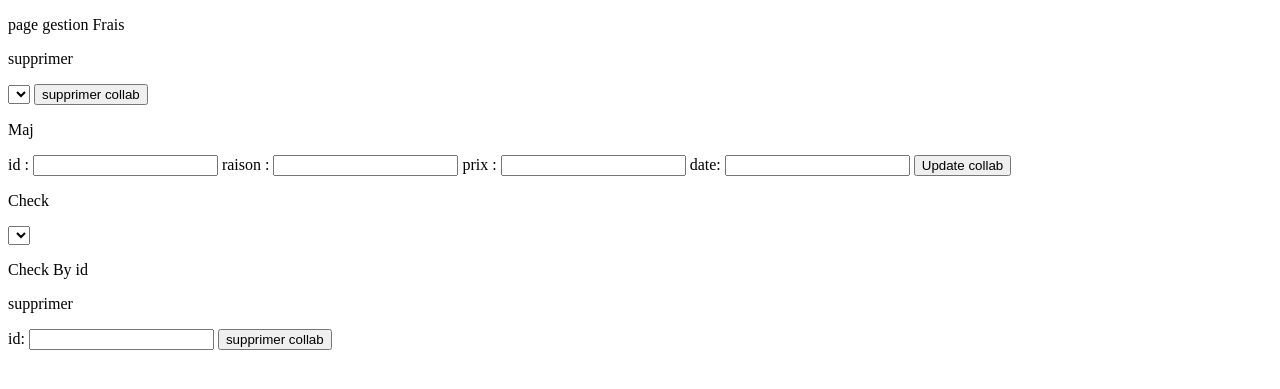
Repository: Shakibaei-2020/CRA_JEE_FINAL
Page: http://localhost/jee_crainfocom/ControleAdminGestionFrais
The author's editor kept a copy of each file at every save. The page is drawn from the files as they stood at one save, then again after the next save.
The browser window is 1280 px wide. The pictures show the whole page.
The page is served by Tomcat 9. Other server files are loaded and not shown. Queries for data that is not in the repository find no rows.

Above is the page before, as saved 2021-04-08 09:48:27.

### CRA_JEE_FINAL/jee_crainfocom/src/main/webapp/WEB-INF/PageAdminGestionFrais.jsp
<%@ page pageEncoding="UTF-8" %>
<%@ taglib uri="http://java.sun.com/jsp/jstl/core" prefix="c" %>
<!DOCTYPE html>
<html>
<head>
<meta charset="ISO-8859-1">
<title>Insert title here</title>
</head>
<body>
<p>page gestion Frais</p>

<!-- ************************************************************************ -->

<p>supprimer</p>
<form method="post" action=ControleAdminGestionFrais>
	<select name="saisiRaison" id="saisiRaison" >
     	<c:forEach items="${ tabRaisonFrais }" var="tabRaisonFrais" varStatus="status">
        <p><option><c:out  value="${tabRaisonFrais}"></option></c:out ></p>
		</c:forEach>
	</select>
<input type="submit" value="supprimer collab"/>
</form>

<!-- ************************************************************************ -->

<p>Maj</p>
 <form method="post" action="ControleInterneGestionFrais">

            <label for="idUp">id : </label>
            <input type="text" name="idUp" id="idUp" />

            <label for="raisonUp">raison : </label>
            <input type="text" name="raisonUp" id="raisonUp" />

            <label for="prixUp">prix : </label>
            <input type="text" name="prixUp" id="prixUp" />

            <label for="dateUp">date: </label>
            <input type="text" name="dateUp" id="dateUp" />

            <input type="submit" value="Update collab" />
</form>
<!-- ************************************************************************ -->

<p>Check</p>

		<select>
     	<c:forEach   items="${ tabNoteDeFrais }" var="tabCollab" varStatus="status">
        <p> <option method="get" action="ControleAdminGestionCollab"  ><c:out value="${tabNoteDeFrais}"></option></c:out ></p>
		</c:forEach>
		</select>

</body>
<!-- ************************************************************************ -->

<p>Check By id</p>

	<p>supprimer</p>
<form method="post" action=ControleAdminGestionFrais>
<label for="dateUp">id: </label>
<input type="text" name="dateUp" id="dateUp" />

<input type="submit" value="supprimer collab"/>
</form>


</body>
</html>

### CRA_JEE_FINAL/jee_crainfocom/src/main/java/com/infocom/controller/Collaborateur/ControleAdminGestionFrais.java
package com.infocom.controller.Collaborateur;
import java.io.IOException;
import java.sql.SQLException;
import java.text.ParseException;
import java.text.SimpleDateFormat;
import java.util.ArrayList;
import java.sql.Date;
import java.util.List;
import javax.servlet.ServletException;
import javax.servlet.annotation.WebServlet;
import javax.servlet.http.HttpServlet;
import javax.servlet.http.HttpServletRequest;
import javax.servlet.http.HttpServletResponse;
import com.infocom.model.NoteDeFrais;
import com.infocom.model.DAO.NoteDeFraisDAO;


@WebServlet("/ControleAdminGestionFrais")
public class ControleAdminGestionFrais extends HttpServlet {
	private static final long serialVersionUID = 1L;


    public ControleAdminGestionFrais() {
        super();
    }


	protected void doGet(HttpServletRequest request, HttpServletResponse response) throws ServletException, IOException {

		NoteDeFraisDAO notedefraisDAO = new NoteDeFraisDAO();
		List<NoteDeFrais> tabNoteDeFrais = new ArrayList();

		try {
			tabNoteDeFrais = notedefraisDAO.selectAllFrais();
		} catch (SQLException e) {
		e.printStackTrace();
		}

		request.setAttribute("tabNoteDeFrais",tabNoteDeFrais);
		ArrayList<String> tabRaisonFrais = new ArrayList<String>();
		for (int i = 0; i < tabNoteDeFrais.size(); i++) {
			tabRaisonFrais.add(tabNoteDeFrais.get(i).getRaison());
		}
		request.setAttribute("tabRaisonFrais",tabRaisonFrais);


        this.getServletContext().getRequestDispatcher("/WEB-INF/PageAdminGestionFrais.jsp").forward(request, response);
	}


	protected void doPost(HttpServletRequest request, HttpServletResponse response) throws ServletException, IOException {

		String buttonClicked = request.getParameter("button_clicked");


		if(buttonClicked != null) {
		switch(buttonClicked) {
		case"supprimerFrais":

			String saisiRaison = request.getParameter("saisiRaison");
			request.setAttribute("saisiRaison",saisiRaison);

	         NoteDeFraisDAO noteDeFraisDAO = new NoteDeFraisDAO();

	        try {
	        	noteDeFraisDAO.deleteFrais(saisiRaison);
				this.doGet(request, response);
				return;

			} catch (SQLException e) {
				e.printStackTrace();
			}
	        break;

		case"updateFrais":


	        String idUp = request.getParameter("idUp");
	        int idUpParsed = Integer.parseInt(idUp);

			String raisonUp =request.getParameter("raisonUp");

	        String prixUp = request.getParameter("prixUp");
	        Double prixUpParsed = Double.parseDouble(prixUp);

	        String dateUp = request.getParameter("dateUp");
		        Date date=Date.valueOf(dateUp);
			     NoteDeFrais notedefrais = new NoteDeFrais(idUpParsed,raisonUp,prixUpParsed,date, 2);
			     NoteDeFraisDAO notedefraisDAO = new NoteDeFraisDAO();
			try {
				notedefraisDAO.updateFrais(notedefrais);
			} catch (SQLException e1) {
				e1.printStackTrace();
			}
			break;

		case"showFrais":
	        String idSho = request.getParameter("idSho");
	        int idShoInt = Integer.parseInt(idSho);


			NoteDeFraisDAO notedefraisDAOAffiche = new NoteDeFraisDAO();
			List < NoteDeFrais > tabNot = new ArrayList <NoteDeFrais>();


			try {
				tabNot = notedefraisDAOAffiche.selectFraisCollab(idShoInt);
			} catch (SQLException e) {
			e.printStackTrace();
			}
			request.setAttribute("tabNot",tabNot);
			break;
		}



		}

    	this.doGet(request, response);

        this.getServletContext().getRequestDispatcher("/WEB-INF/PageAdminGestionFrais.jsp").forward(request, response);

	}

}

### CRA_JEE_FINAL/jee_crainfocom/src/main/java/com/infocom/model/DAO/NoteDeFraisDAO.java
package com.infocom.model.DAO;

import java.sql.Connection;
import java.sql.Date;
import java.sql.PreparedStatement;
import java.sql.ResultSet;
import java.sql.SQLException;
import java.util.ArrayList;
import java.util.List;

import com.infocom.model.Collaborateur;
import com.infocom.model.NoteDeFrais;
import com.infocom.model.util.DBUtil;

public class NoteDeFraisDAO {




	private  final String SELECT_FRAIS_BY_IDD = "SELECT nf.raison,nf.prix,nf.date FROM notedefrais nf INNER JOIN collaborateur cl ON nf.idColl = cl.id WHERE cl.id = ?;";

	public List < NoteDeFrais > selectFraisCollab(int idColl) throws SQLException{

        List < NoteDeFrais > NoteDeFrais = new ArrayList <NoteDeFrais> ();
        PreparedStatement preparedStatement = null;
      Connection connection = DBUtil.getConnection();

             preparedStatement = connection.prepareStatement(SELECT_FRAIS_BY_IDD);
        	 preparedStatement.setInt(1, idColl);
	         ResultSet rs = (ResultSet) preparedStatement.executeQuery();
            while (rs.next()) {
                int idFrais = rs.getInt("id");
                String raisonFrais = rs.getString("raison");
                int prixFrais = rs.getInt("prix");
                Date dateFrais = rs.getDate("date");

                NoteDeFrais.add(new NoteDeFrais(idFrais, raisonFrais, prixFrais, dateFrais,idColl));
            }

        preparedStatement.close();
        return NoteDeFrais;
    }

	private  final String INSERT_FRAIS_SQL = "INSERT INTO notedefrais  (raison, prix, date,idColl) VALUES  (?, ?, ?, ?);";

	  public void insertFrais(NoteDeFrais noteDeFrais) throws SQLException {

		  PreparedStatement preparedStatement = null;
	       Connection connection = DBUtil.getConnection();
	       		preparedStatement = connection.prepareStatement(INSERT_FRAIS_SQL);
	            preparedStatement.setString(1, noteDeFrais.getRaison());
	            preparedStatement.setDouble(2, noteDeFrais.getPrix());
	            preparedStatement.setDate(3, (Date) noteDeFrais.getDate());
	            preparedStatement.setInt(4, noteDeFrais.getIdColl());


	            preparedStatement.executeUpdate();
	            preparedStatement.close();

	    }


		private final String SELECT_ALL_FRAIS = "SELECT * FROM notedefrais ";

		public List<NoteDeFrais> selectAllFrais() throws SQLException {
			List<NoteDeFrais> noteDeFrais = new ArrayList<NoteDeFrais>();

			PreparedStatement preparedStatement = null ;
			Connection connection = DBUtil.getConnection();
			preparedStatement = connection.prepareStatement(SELECT_ALL_FRAIS);
			ResultSet rs =  preparedStatement.executeQuery();

			while (rs.next()) {
				int id = rs.getInt("id");
				String raison = rs.getString("raison");
				double prix = rs.getDouble("prix");
				Date date = rs.getDate("date");
				noteDeFrais.add(new NoteDeFrais(id, raison, prix, date, id));
			}
			rs.close();
			preparedStatement.close();
			return noteDeFrais;
		}

		private final String DELETE_FRAIS_SQL = "DELETE FROM notedefrais WHERE raison = ?;";

		public boolean deleteFrais(String raison) throws SQLException {
			boolean rowDeleted;
			PreparedStatement preparedStatement = null;
			Connection connection = DBUtil.getConnection();
			 preparedStatement = connection.prepareStatement(DELETE_FRAIS_SQL);
			 preparedStatement.setString(1, raison);
			rowDeleted = preparedStatement.executeUpdate() > 0;

			preparedStatement.close();
			return rowDeleted;
		}

		private final String UPDATE_FRAIS_SQL = "UPDATE collaborateur SET raison = ?,prix =? ,date =? WHERE id = ?;";

		public boolean updateFrais(NoteDeFrais noteDeFrais) throws SQLException {
			boolean rowUpdated;
			PreparedStatement preparedStatement = null;
			Connection connection = DBUtil.getConnection();
			preparedStatement = connection.prepareStatement(UPDATE_FRAIS_SQL);
			preparedStatement.setString(1, noteDeFrais.getRaison());
			preparedStatement.setDouble(2, noteDeFrais.getPrix());
			preparedStatement.setDate(3, (Date) noteDeFrais.getDate());
			preparedStatement.setInt(4, noteDeFrais.getId());
			rowUpdated = preparedStatement.executeUpdate() > 0;

			preparedStatement.close();
			return rowUpdated;

		}


}

### CRA_JEE_FINAL/jee_crainfocom/src/main/java/com/infocom/model/util/DBUtil.java
package com.infocom.model.util;

import java.sql.Connection;

import java.sql.DriverManager;
import java.sql.SQLException;
import java.sql.Driver;


public class DBUtil {
	private static final String DB_DRIVER_CLASS="com.mysql.jdbc.Driver";
	private static final String DB_USERNAME="root";
	private static final String DB_PASSWORD="";
	private static final String DB_URL ="jdbc:mysql://localhost:3306/crajeefinal";

	private static Connection connection = null;


	static{
		try {
			Class.forName(DB_DRIVER_CLASS);
			connection = DriverManager.getConnection(DB_URL, DB_USERNAME, DB_PASSWORD);
		} catch (ClassNotFoundException | SQLException e) {
			e.printStackTrace();
		}
	}

	public static Connection getConnection(){
		return connection;
	}
}

After the next save:
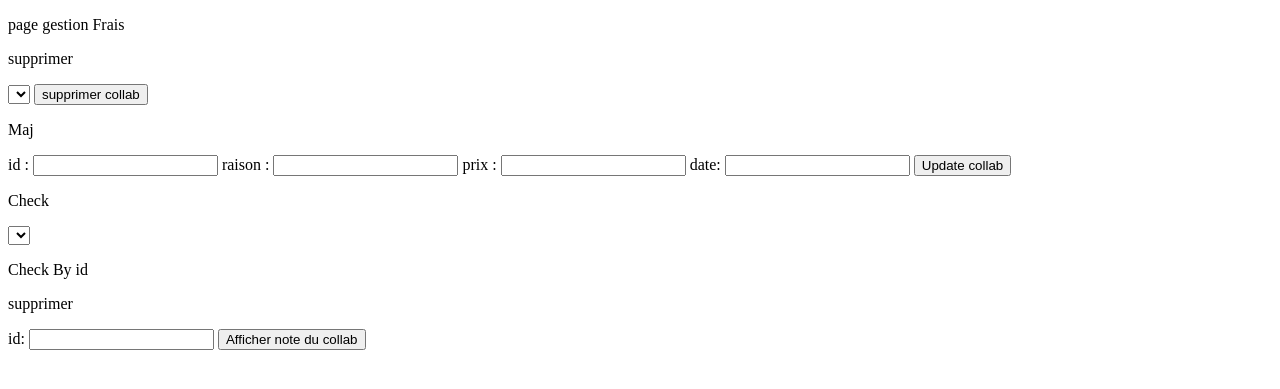
Saved 15 s later.
--- a/CRA_JEE_FINAL/jee_crainfocom/src/main/webapp/WEB-INF/PageAdminGestionFrais.jsp
+++ b/CRA_JEE_FINAL/jee_crainfocom/src/main/webapp/WEB-INF/PageAdminGestionFrais.jsp
@@ -58,9 +58,9 @@
 	<p>supprimer</p>
 <form method="post" action=ControleAdminGestionFrais>
 <label for="dateUp">id: </label>
-<input type="text" name="dateUp" id="dateUp" />
+<input type="text" name="idSho" id=""idSho"" />
 
-<input type="submit" value="supprimer collab"/>
+<input type="submit" value="Afficher note du collab"/>
 </form>
 
 
